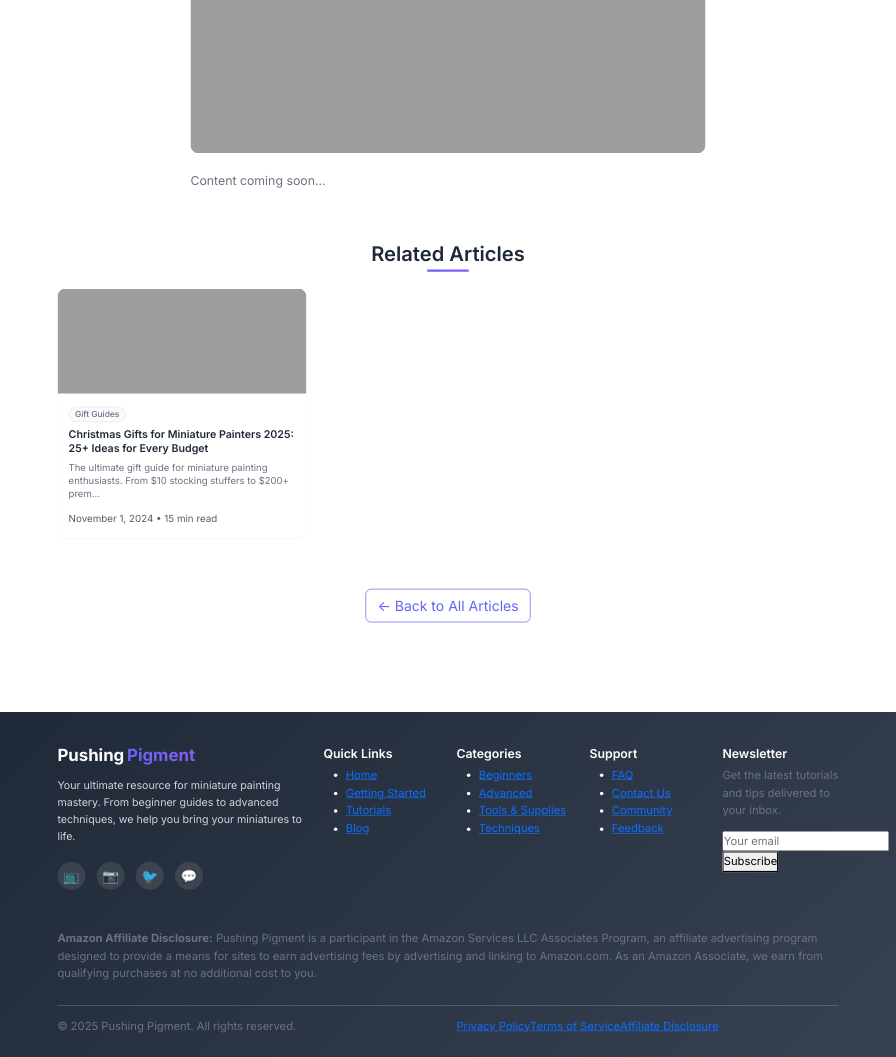
Repository: Aldentec/pushing-pigment-website
Page: /blog/best-miniature-paints-beginners-2025
An editor plug-in stored every save of this project. The page is shown before and after a run of saves, followed by the edit.
The browser window is 1280 px wide. The pictures show the part of the page from y = 523 to 2443 px (the page is 2033 px tall before and 5115 px after), at 70% of full size.
Pictures or frames that could not be fetched are drawn as grey boxes. The project was rebuilt for these pictures with package versions that can differ from the ones it lists, and the page was loaded fresh each time. Also part of the build but not shown: src/components/Hero/Hero.css, src/components/Hero/Hero.jsx, src/pages/Home/Home.css, src/pages/Home/Home.jsx, src/data/tutorials.js, src/pages/Tutorials/Tutorials.jsx, src/components/ProductCard/ProductCard.jsx, src/data/products.js and 8 more.

Above is the page before, as saved 2025-08-17 06:00:10.

### public/index.html
<!DOCTYPE html>
<html lang="en">
  <head>
    <meta charset="utf-8" />

    <!-- Basic Meta Tags -->
    <meta name="viewport" content="width=device-width, initial-scale=1" />
    <meta name="theme-color" content="#6366f1" />

    <!-- SEO Meta Tags -->
    <title>Pushing Pigment - Master Miniature Painting | Tutorials, Tools & Techniques</title>
    <meta name="description" content="Learn miniature painting with expert tutorials, essential tool guides, and step-by-step techniques. From beginner basics to advanced methods - your complete miniature painting resource." />
    <meta name="keywords" content="miniature painting, warhammer painting, mini painting tutorials, painting techniques, miniature paints, brushes, primer, tabletop gaming, model painting, acrylic paints" />
    <meta name="author" content="Pushing Pigment" />
    <meta name="robots" content="index, follow" />
    <link rel="canonical" href="https://pushingpigment.com" />

    <!-- Open Graph / Facebook -->
    <meta property="og:type" content="website" />
    <meta property="og:url" content="https://pushingpigment.com" />
    <meta property="og:title" content="Pushing Pigment - Master Miniature Painting | Tutorials & Tools" />
    <meta property="og:description" content="Learn miniature painting with expert tutorials, essential tool guides, and step-by-step techniques. From beginner basics to advanced methods." />
    <meta property="og:image" content="https://pushingpigment.com/og-image.jpg" />
    <meta property="og:site_name" content="Pushing Pigment" />
    <meta property="og:locale" content="en_US" />

    <!-- Twitter Card -->
    <meta property="twitter:card" content="summary_large_image" />
    <meta property="twitter:url" content="https://pushingpigment.com" />
    <meta property="twitter:title" content="Pushing Pigment - Master Miniature Painting" />
    <meta property="twitter:description" content="Learn miniature painting with expert tutorials, essential tool guides, and step-by-step techniques." />
    <meta property="twitter:image" content="https://pushingpigment.com/twitter-card.jpg" />
    <meta property="twitter:creator" content="@pushingpigment" />

    <!-- Additional SEO Tags -->
    <meta name="geo.region" content="US" />
    <meta name="geo.placename" content="United States" />
    <meta name="language" content="en-US" />
    <meta name="revisit-after" content="7 days" />
    <meta name="rating" content="general" />

    <!-- Favicons -->
    <link rel="icon" href="%PUBLIC_URL%/favicon.ico" />
    <link rel="manifest" href="%PUBLIC_URL%/site.webmanifest" />
    <link rel="mask-icon" href="%PUBLIC_URL%/safari-pinned-tab.svg" color="#6366f1" />
    <meta name="msapplication-TileColor" content="#6366f1" />
    <meta name="msapplication-config" content="%PUBLIC_URL%/browserconfig.xml" />

    <!-- Preconnect for Performance -->
    <link rel="preconnect" href="https://fonts.googleapis.com" />
    <link rel="preconnect" href="https://fonts.gstatic.com" crossorigin />
    <link rel="preconnect" href="https://www.amazon.com" />

    <!-- Google Fonts -->
    <link href="https://fonts.googleapis.com/css2?family=Inter:wght@300;400;500;600;700&display=swap" rel="stylesheet" />

    <!-- Structured Data / JSON-LD -->
    <script type="application/ld+json">
    {
      "@context": "https://schema.org",
      "@type": "WebSite",
      "name": "Pushing Pigment",
      "description": "Master miniature painting with expert tutorials, essential tool guides, and step-by-step techniques for all skill levels.",
      "url": "https://pushingpigment.com",
      "potentialAction": {
        "@type": "SearchAction",
        "target": {
          "@type": "EntryPoint",
          "urlTemplate": "https://pushingpigment.com/search?q={search_term_string}"
        },
        "query-input": "required name=search_term_string"
      },
      "publisher": {
        "@type": "Organization",
        "name": "Pushing Pigment",
        "url": "https://pushingpigment.com",
        "logo": {
          "@type": "ImageObject",
          "url": "https://pushingpigment.com/logo.png"
        },
        "sameAs": [
          "https://youtube.com/@pushingpigment",
          "https://instagram.com/pushingpigment",
          "https://twitter.com/pushingpigment"
        ]
      }
    }
    </script>

    <script type="application/ld+json">
    {
      "@context": "https://schema.org",
      "@type": "EducationalOrganization",
      "name": "Pushing Pigment",
      "description": "Educational resource for miniature painting techniques and tutorials",
      "url": "https://pushingpigment.com",
      "courseMode": "online",
      "educationalLevel": "Beginner to Advanced",
      "teaches": [
        "Miniature Painting",
        "Model Painting Techniques",
        "Acrylic Painting",
        "Brush Techniques",
        "Color Theory",
        "Weathering Effects"
      ]
    }
    </script>

    <!-- Amazon Associates Disclaimer -->
    <meta name="amazon-affiliate" content="true" />

    <!-- Performance Hints -->
    <link rel="dns-prefetch" href="//amazon.com" />
    <link rel="dns-prefetch" href="//images-amazon.com" />
    <link rel="dns-prefetch" href="//google-analytics.com" />

    <!-- Security Headers -->
    <meta http-equiv="X-Content-Type-Options" content="nosniff" />
    <meta http-equiv="X-Frame-Options" content="DENY" />
    <meta http-equiv="X-XSS-Protection" content="1; mode=block" />
    <meta name="referrer" content="strict-origin-when-cross-origin" />

    <!-- Google tag (gtag.js) -->
    <script async src="https://www.googletagmanager.com/gtag/js?id=G-DWM4GB1EJW"></script>
    <script>
      window.dataLayer = window.dataLayer || [];
      function gtag(){dataLayer.push(arguments);}
      gtag('js', new Date());

      gtag('config', 'G-DWM4GB1EJW');
    </script>
  </head>

  <body>
    <noscript>
      <div style="text-align: center; padding: 50px; font-family: Arial, sans-serif;">
        <h1>JavaScript Required</h1>
        <p>You need to enable JavaScript to run this app and access all miniature painting tutorials and resources.</p>
        <p>Please enable JavaScript in your browser settings and reload the page.</p>
      </div>
    </noscript>

    <!-- Main App Container -->
    <div id="root"></div>

    <!-- Structured Data for Breadcrumbs -->
    <script type="application/ld+json">
    {
      "@context": "https://schema.org",
      "@type": "BreadcrumbList",
      "itemListElement": [
        {
          "@type": "ListItem",
          "position": 1,
          "name": "Home",
          "item": "https://pushingpigment.com"
        },
        {
          "@type": "ListItem",
          "position": 2,
          "name": "Getting Started",
          "item": "https://pushingpigment.com/products"
        },
        {
          "@type": "ListItem",
          "position": 3,
          "name": "Tutorials",
          "item": "https://pushingpigment.com/tutorials"
        }
      ]
    }
    </script>

    <!-- Service Worker Registration (Optional - for PWA features) -->
    <script>
      if ('serviceWorker' in navigator) {
        window.addEventListener('load', function() {
          navigator.serviceWorker.register('/sw.js')
            .then(function(registration) {
              console.log('SW registered: ', registration);
            })
            .catch(function(registrationError) {
              console.log('SW registration failed: ', registrationError);
            });
        });
      }
    </script>
  </body>
</html>

### src/App.jsx
import React from 'react';
import { BrowserRouter as Router, Routes, Route } from 'react-router-dom';
import { HelmetProvider } from 'react-helmet-async';
import 'bootstrap/dist/css/bootstrap.min.css';
import ScrollToTop from './components/ScrollToTop';
import './styles/global.css';
import './App.css';

// Components
import Navigation from './components/Navigation/Navigation';
import Footer from './components/Footer/Footer';

// Pages
import Home from './pages/Home/Home';
import Tutorials from './pages/Tutorials/Tutorials';
import Products from './pages/Products/Products';
import GettingStarted from './pages/GettingStarted/GettingStarted';
import Blog from './pages/Blog/Blog';
import BlogPost from './pages/Blog/BlogPost';


function App() {
  return (
    <HelmetProvider>
      <Router>
        <ScrollToTop />
        <div className="App">
          <Navigation />
          <main>
            <Routes>
              <Route path="/" element={<Home />} />
              <Route path="/getting-started" element={<GettingStarted />} />
              <Route path="/products" element={<Products />} />
              <Route path="/tutorials" element={<Tutorials />} />
              <Route path="/blog" element={<Blog />} />
              <Route path="/blog/:slug" element={<BlogPost />} />
            </Routes>
          </main>
          <Footer />
        </div>
      </Router>
    </HelmetProvider>
  );
}

export default App;

### src/App.css
/* App-specific styles */
.App {
  min-height: 100vh;
  display: flex;
  flex-direction: column;
}

main {
  flex: 1;
}

/* Global overrides for Bootstrap */
.btn:focus {
  box-shadow: none;
}

.btn-primary {
  background: var(--gradient-primary);
  border: none;
}

.btn-primary:hover,
.btn-primary:focus,
.btn-primary:active {
  background: var(--gradient-primary);
  filter: brightness(1.1);
  border: none;
}

.btn-outline-primary {
  border-color: var(--primary-color);
  color: var(--primary-color);
}

.btn-outline-primary:hover,
.btn-outline-primary:focus,
.btn-outline-primary:active {
  background: var(--primary-color);
  border-color: var(--primary-color);
  color: white;
}

/* Custom scrollbar */
::-webkit-scrollbar {
  width: 8px;
}

::-webkit-scrollbar-track {
  background: var(--bg-light);
}

::-webkit-scrollbar-thumb {
  background: var(--primary-color);
  border-radius: 4px;
}

::-webkit-scrollbar-thumb:hover {
  background: var(--secondary-color);
}

/* Smooth scrolling */
html {
  scroll-behavior: smooth;
}

/* Focus styles for accessibility */
*:focus {
  outline: 2px solid var(--primary-color);
  outline-offset: 2px;
}

.btn:focus,
.form-control:focus,
.form-select:focus {
  outline: none;
  box-shadow: 0 0 0 0.2rem rgba(99, 102, 241, 0.25);
}

### src/pages/Blog/BlogPost.jsx
import React, { useState, useEffect } from 'react';
import { useParams, Link } from 'react-router-dom';
import { Container, Row, Col, Badge, Button, Card } from 'react-bootstrap';
import { Helmet } from 'react-helmet-async';
import { getBlogPostBySlug, getRelatedPosts } from '../../data/blogPosts';
import './BlogPost.css';

const BlogPost = () => {
  const { slug } = useParams();
  const [post, setPost] = useState(null);
  const [relatedPosts, setRelatedPosts] = useState([]);
  const [loading, setLoading] = useState(true);

  useEffect(() => {
    const foundPost = getBlogPostBySlug(slug);

    if (foundPost) {
      setPost(foundPost);
      setRelatedPosts(getRelatedPosts(foundPost));
    }

    setLoading(false);
    window.scrollTo(0, 0);
  }, [slug]);

  const formatDate = (dateString) => {
    return new Date(dateString).toLocaleDateString('en-US', {
      year: 'numeric',
      month: 'long',
      day: 'numeric'
    });
  };

  const getDifficultyColor = (difficulty) => {
    switch (difficulty) {
      case 'Beginner': return 'success';
      case 'Intermediate': return 'warning';
      case 'Advanced': return 'danger';
      default: return 'secondary';
    }
  };

  if (loading) {
    return (
      <div className="blog-post-page">
        <Container>
          <Row>
            <Col>
              <div className="text-center py-5">
                <h3>Loading...</h3>
              </div>
            </Col>
          </Row>
        </Container>
      </div>
    );
  }

  if (!post) {
    return (
      <div className="blog-post-page">
        <Container>
          <Row>
            <Col>
              <div className="text-center py-5">
                <h3>Blog post not found</h3>
                <Button as={Link} to="/blog" variant="primary">
                  ← Back to Blog
                </Button>
              </div>
            </Col>
          </Row>
        </Container>
      </div>
    );
  }

  return (
    <div className="blog-post-page">
      <Helmet>
        <title>{post.seoTitle}</title>
        <meta name="description" content={post.seoDescription} />
        <meta name="keywords" content={post.keywords} />
        <link rel="canonical" href={`https://pushingpigment.com/blog/${post.slug}`} />

        <meta property="og:title" content={post.title} />
        <meta property="og:description" content={post.excerpt} />
        <meta property="og:url" content={`https://pushingpigment.com/blog/${post.slug}`} />
        <meta property="og:type" content="article" />
        <meta property="og:image" content={`https://pushingpigment.com${post.featuredImage}`} />
        <meta property="article:author" content={post.author} />
        <meta property="article:published_time" content={post.publishDate} />
        <meta property="article:modified_time" content={post.lastModified} />
        <meta property="article:section" content={post.category} />
        {post.tags.map(tag => (
          <meta key={tag} property="article:tag" content={tag} />
        ))}

        <script type="application/ld+json">
          {JSON.stringify({
            "@context": "https://schema.org",
            "@type": "BlogPosting",
            "headline": post.title,
            "description": post.excerpt,
            "image": `https://pushingpigment.com${post.featuredImage}`,
            "author": {
              "@type": "Organization",
              "name": post.author
            },
            "publisher": {
              "@type": "Organization",
              "name": "Pushing Pigment",
              "logo": {
                "@type": "ImageObject",
                "url": "https://pushingpigment.com/logo.png"
              }
            },
            "datePublished": post.publishDate,
            "dateModified": post.lastModified,
            "mainEntityOfPage": {
              "@type": "WebPage",
              "@id": `https://pushingpigment.com/blog/${post.slug}`
            }
          })}
        </script>
      </Helmet>

      <Container className="blog-post-content">
        {/* Breadcrumb */}
        <Row>
          <Col>
            <nav aria-label="breadcrumb" className="blog-breadcrumb">
              <ol className="breadcrumb">
                <li className="breadcrumb-item">
                  <Link to="/">Home</Link>
                </li>
                <li className="breadcrumb-item">
                  <Link to="/blog">Blog</Link>
                </li>
                <li className="breadcrumb-item active" aria-current="page">
                  {post.title}
                </li>
              </ol>
            </nav>
          </Col>
        </Row>

        {/* Post Header */}
        <Row>
          <Col lg={8} className="mx-auto">
            <article className="blog-post">
              <header className="blog-post-header">
                <div className="post-meta mb-3">
                  <Badge bg="primary" className="category-badge me-2">
                    {post.category}
                  </Badge>
                  <Badge bg={getDifficultyColor(post.difficulty)} className="difficulty-badge">
                    {post.difficulty}
                  </Badge>
                </div>

                <h1 className="post-title">{post.title}</h1>

                <div className="post-meta-details">
                  <span className="post-author">By {post.author}</span>
                  <span className="post-date">• {formatDate(post.publishDate)}</span>
                  <span className="post-read-time">• {post.readTime}</span>
                </div>

                <div className="post-tags mt-3">
                  {post.tags.map((tag) => (
                    <Badge
                      key={tag}
                      bg="light"
                      text="dark"
                      className="tag-badge me-1 mb-1"
                    >
                      {tag}
                    </Badge>
                  ))}
                </div>
              </header>

              {/* Featured Image */}
              <div className="featured-image-container mb-4">
                <img
                  src={post.featuredImage}
                  alt={post.featuredImageAlt}
                  className="featured-image"
                  onError={(e) => {
                    e.target.style.display = 'none';
                    e.target.nextSibling.style.display = 'flex';
                  }}
                />
                <div className="featured-image-placeholder" style={{ display: 'none' }}>
                  <span className="image-icon">📝</span>
                  <div className="placeholder-text">{post.title}</div>
                </div>
              </div>

              {/* Post Content - You'll add the actual content here */}
              <div className="post-content">
                <div
                  dangerouslySetInnerHTML={{ __html: post.content || '<p>Content coming soon...</p>' }}
                />
              </div>
            </article>
          </Col>
        </Row>

        {/* Related Posts */}
        {relatedPosts.length > 0 && (
          <Row className="mt-5">
            <Col>
              <h3 className="related-posts-title">Related Articles</h3>
              <Row>
                {relatedPosts.map((relatedPost) => (
                  <Col md={4} key={relatedPost.id} className="mb-4">
                    <Card className="related-post-card h-100">
                      <div className="related-image-container">
                        <img
                          src={relatedPost.featuredImage}
                          alt={relatedPost.featuredImageAlt}
                          className="related-image"
                          onError={(e) => {
                            e.target.style.display = 'none';
                            e.target.nextSibling.style.display = 'flex';
                          }}
                        />
                        <div className="related-image-placeholder" style={{ display: 'none' }}>
                          <span className="related-icon">📝</span>
                        </div>
                      </div>
                      <Card.Body>
                        <Badge bg="primary" className="category-badge mb-2">
                          {relatedPost.category}
                        </Badge>
                        <h6 className="related-title">
                          <Link to={`/blog/${relatedPost.slug}`}>
                            {relatedPost.title}
                          </Link>
                        </h6>
                        <p className="related-excerpt">
                          {relatedPost.excerpt.substring(0, 100)}...
                        </p>
                        <small className="text-muted">
                          {formatDate(relatedPost.publishDate)} • {relatedPost.readTime}
                        </small>
                      </Card.Body>
                    </Card>
                  </Col>
                ))}
              </Row>
            </Col>
          </Row>
        )}

        {/* Back to Blog */}
        <Row className="mt-5">
          <Col className="text-center">
            <Button as={Link} to="/blog" variant="outline-primary" size="lg">
              ← Back to All Articles
            </Button>
          </Col>
        </Row>
      </Container>
    </div>
  );
};

export default BlogPost;

### src/components/Footer/Footer.css
.site-footer {
  background: linear-gradient(135deg, var(--text-dark) 0%, #374151 100%);
  color: white;
  padding: 3rem 0 1rem;
  margin-top: 4rem;
}

.footer-section {
  margin-bottom: 2rem;
}

.footer-brand {
  font-size: 1.5rem;
  font-weight: 700;
  margin-bottom: 1rem;
  display: flex;
  align-items: center;
}

.footer-brand .brand-text {
  color: white;
  margin-right: 0.25rem;
}

.footer-brand .brand-accent {
  background: var(--gradient-primary);
  -webkit-background-clip: text;
  -webkit-text-fill-color: transparent;
  background-clip: text;
}

.footer-description {
  color: rgba(255, 255, 255, 0.8);
  line-height: 1.6;
  margin-bottom: 1.5rem;
  font-size: 0.95rem;
}

.social-links {
  display: flex;
  gap: 1rem;
}

.social-link {
  display: inline-flex;
  align-items: center;
  justify-content: center;
  width: 40px;
  height: 40px;
  background: rgba(255, 255, 255, 0.1);
  border-radius: 50%;
  color: white;
  text-decoration: none;
  font-size: 1.2rem;
  transition: all 0.3s ease;
}

Loaded but not shown: src/index.tsx (common file); src/index.css (common file); src/reportWebVitals.ts (common file); src/components/ScrollToTop.js (common file); src/data/blogPosts.js (117 lines, source omitted); src/components/GettingStarted/GettingStarted.css (688 lines, source omitted); src/pages/Tutorials/Tutorials.css (470 lines, source omitted); src/pages/Blog/BlogPost.css (359 lines, source omitted); src/components/ProductCard/ProductCard.css (347 lines, source omitted); src/components/Footer/Footer.jsx (129 lines, source omitted); src/pages/Blog/Blog.css (235 lines, source omitted); src/components/Navigation/Navigation.jsx (122 lines, source omitted); src/styles/global.css (170 lines, source omitted); src/components/Navigation/Navigation.css (183 lines, source omitted)

After the next 2 saves:
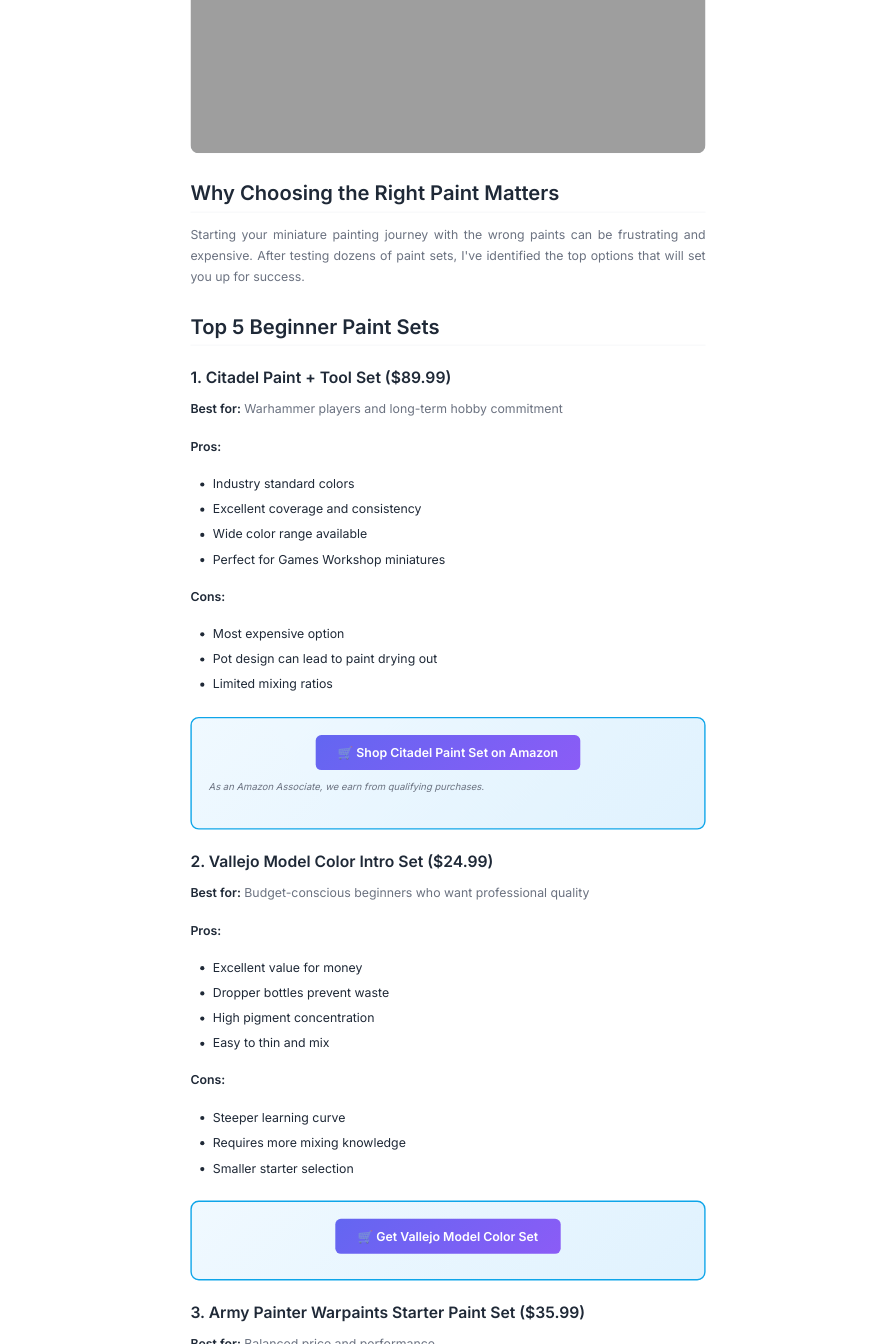
The 2 saves are shown as one change because 1 did not build or start.
The last was saved 3 min 6 s later.
--- a/src/pages/Blog/BlogPost.jsx
+++ b/src/pages/Blog/BlogPost.jsx
@@ -8,18 +8,36 @@
 const BlogPost = () => {
   const { slug } = useParams();
   const [post, setPost] = useState(null);
+  const [content, setContent] = useState('');
   const [relatedPosts, setRelatedPosts] = useState([]);
   const [loading, setLoading] = useState(true);
 
   useEffect(() => {
-    const foundPost = getBlogPostBySlug(slug);
-
-    if (foundPost) {
+    const loadPost = async () => {
+      const foundPost = getBlogPostBySlug(slug);
+
+      if (!foundPost) {
+        setLoading(false);
+        return;
+      }
+
       setPost(foundPost);
       setRelatedPosts(getRelatedPosts(foundPost));
-    }
-
-    setLoading(false);
+
+      // Load content from separate file
+      try {
+        const contentModule = await import(`../../data/blogPosts/${foundPost.contentFile}`);
+        setContent(contentModule.default);
+      } catch (error) {
+        console.error('Error loading blog content:', error);
+        console.error('Attempted to load:', foundPost.contentFile);
+        setContent('<p>Content temporarily unavailable. Please check that the content file exists.</p>');
+      }
+
+      setLoading(false);
+    };
+
+    loadPost();
     window.scrollTo(0, 0);
   }, [slug]);
 
@@ -198,11 +216,9 @@
                 </div>
               </div>
 
-              {/* Post Content - You'll add the actual content here */}
+              {/* Post Content */}
               <div className="post-content">
-                <div
-                  dangerouslySetInnerHTML={{ __html: post.content || '<p>Content coming soon...</p>' }}
-                />
+                <div dangerouslySetInnerHTML={{ __html: content }} />
               </div>
             </article>
           </Col>
